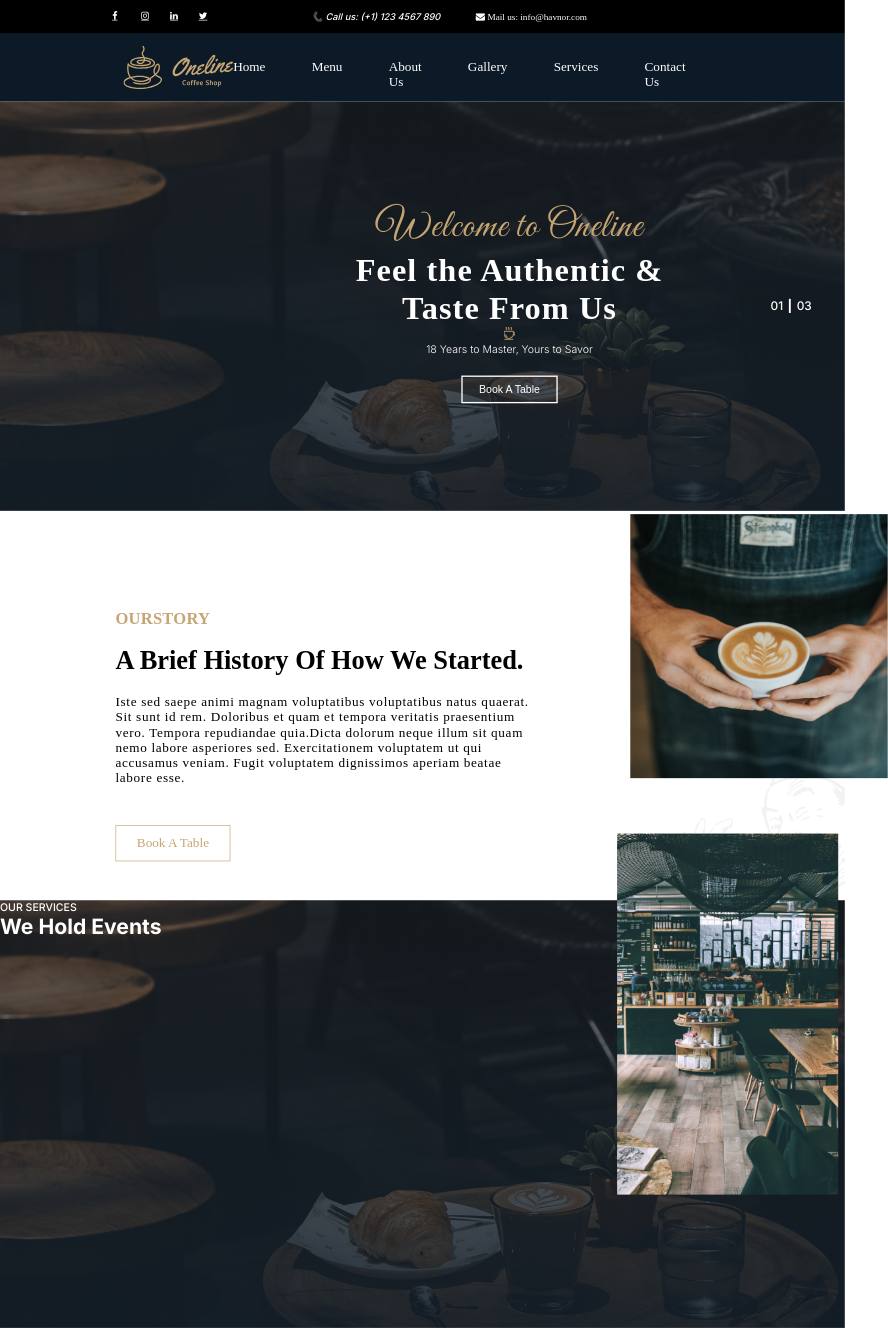
Repository: abhayzulasana/Online-Coffee-Shop
Page: index.html
An editor plug-in stored every save of this project. The page is shown before and after the next save, followed by the edit.
The browser window is 1280 px wide. The page is 1345 px wide, so the pictures cover 1345 px, including what lies to the right of the window. The pictures show the whole page, at 66% of full size.

Above is the page before, as saved 2025-05-21 13:28:06.

After the next save:
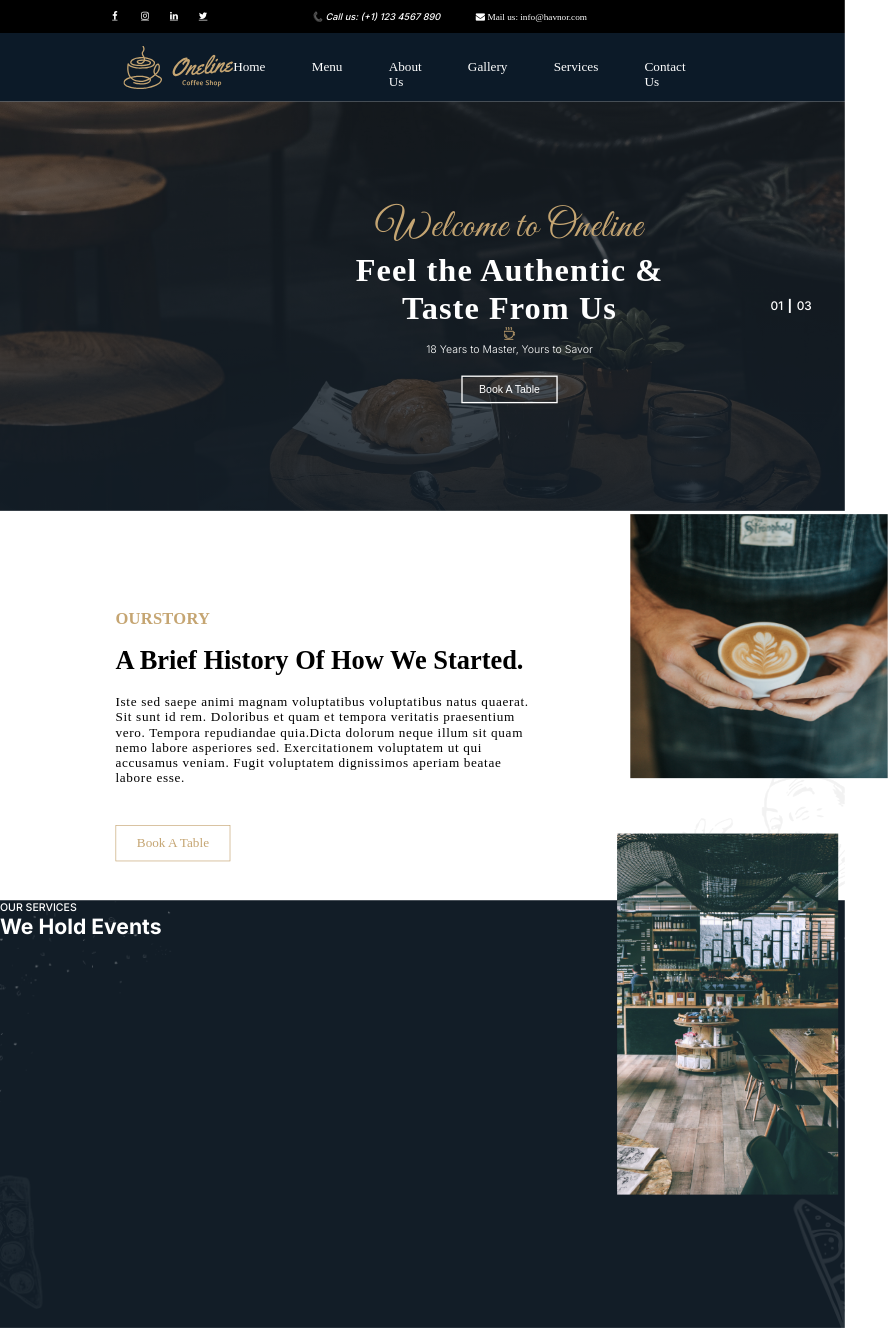
Saved 37 s later.
--- a/style.css
+++ b/style.css
@@ -280,7 +280,7 @@ opacity: 1;
 /* our services */
 .our-services{
   height: 90vh;
-  background: url('img/bgcafe.png');
+  background: url('img/ourserviceimg.png');
   background-repeat: no-repeat;
   background-size: cover;
   background-position: center;
